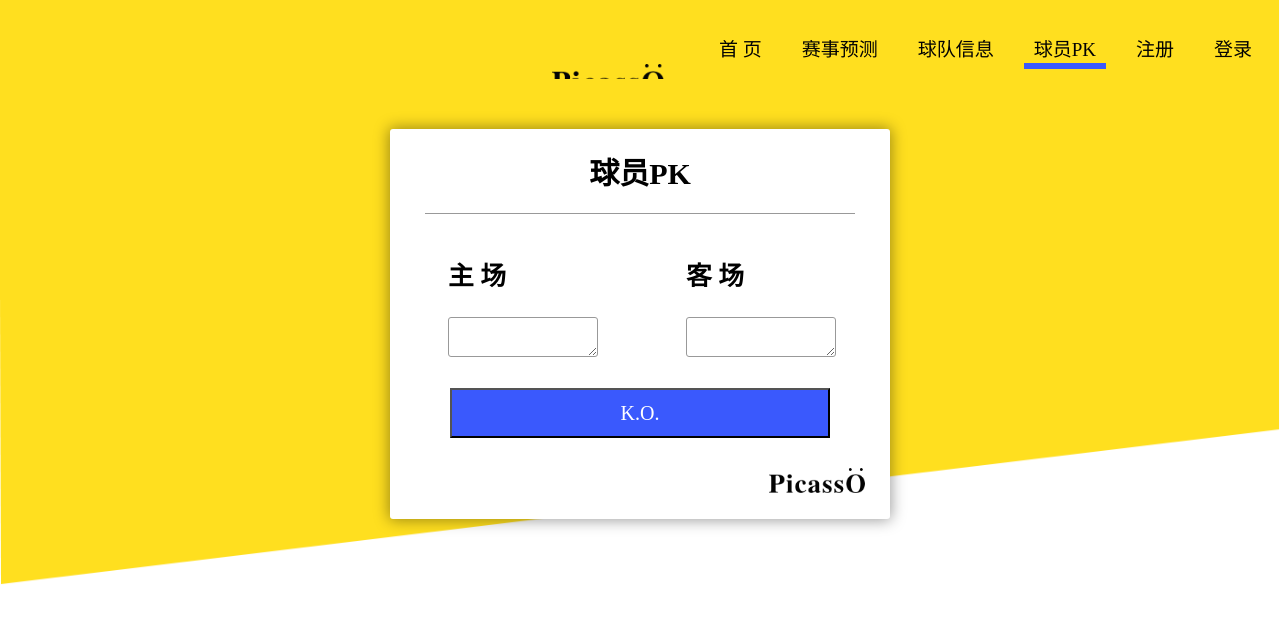
Repository: cciixx/nba-prediction-sys
Page: public/PK_index.html
The author's editor kept a copy of each file at every save. The page is drawn from the files as they stood at one save, then again after the next save.
The browser window is 1280 px wide. The pictures show the whole page.

Above is the page before, as saved 2020-04-03 20:24:32.

After the next save:
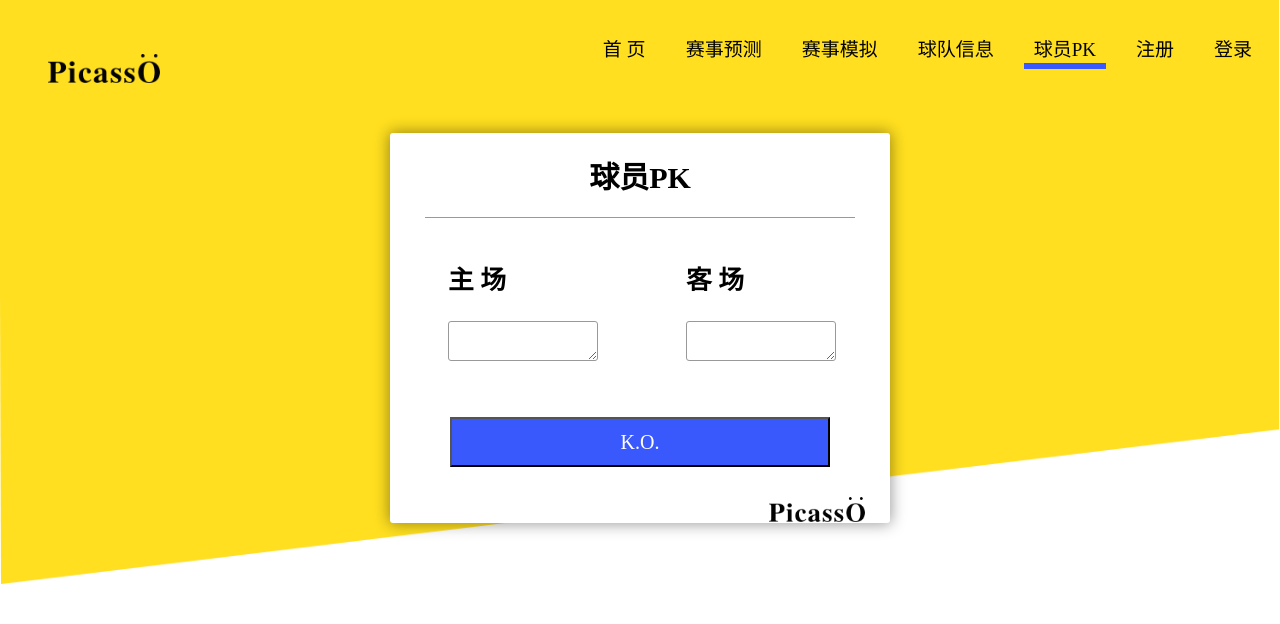
Saved 2 s later.
--- a/public/PK_index.html
+++ b/public/PK_index.html
@@ -4,7 +4,7 @@
 <meta charset="utf-8">
 <title>NBA预测系统-球员PK</title>
     <link  href="css/navl.css" rel="stylesheet" type="text/css">
-    <link  href="css/predict.css" rel="stylesheet" type="text/css">
+    <link  href="css/search.css" rel="stylesheet" type="text/css">
 	<style>
 		body{background-image: url(images/half_yellow.png);}
 	</style>
@@ -17,9 +17,10 @@
             <li><a href="register.html">注册</a></li>
             <li style="border-bottom: 6px solid #3a59fd;"><a href="PK_index.html">球员PK</a></li>
             <li><a href="team.html">球队信息</a></li>
+            <li><a href="live_index.html">赛事模拟</a></li>
             <li><a href="predict.html">赛事预测</a></li>
             <li><a href="first.html">首 页</a></li>
-            <li><img src="images/logo.png"></li>
+            <img src="images/logo.png">
         </ul>
     </div>
 
@@ -29,6 +30,7 @@
             <div style="overflow: hidden;">
                 <div class='box'><h3>主 场</h3><textarea></textarea></div>
                 <div class='box'><h3>客 场</h3><textarea></textarea></div>
+            </div>
             <div style="text-align: center;margin-top: 25px;"><a href="player_PK.html"><input class="btn" type="submit" name="submit" value="K.O."></a></div>
             <img src="images/logo.png">
         </div>
